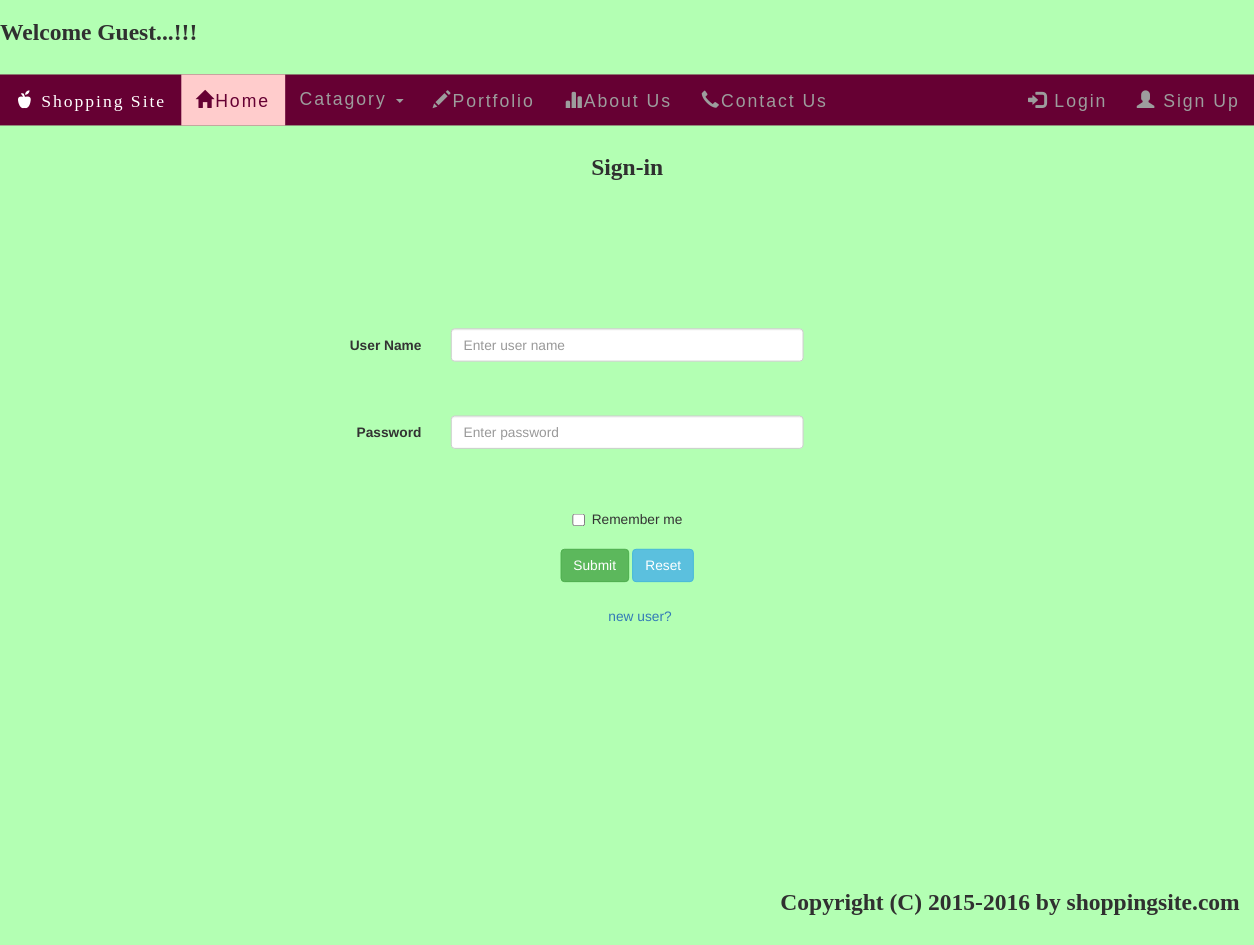
Repository: priyasuthakar/priya
Page: http://localhost/Apple/WEB-INF/views/login.jsp
The author's editor kept a copy of each file at every save. The page is drawn from the files as they stood at one save, then again after the next save.
The browser window is 1280 px wide. The pictures show the whole page, at 98% of full size.
The page is served by Tomcat 9. Nobody is signed in. The template is opened directly, without the code that normally fills it, so the values that code supplies are empty.

Above is the page before, as saved 2016-08-24 15:35:50.

After the next save:
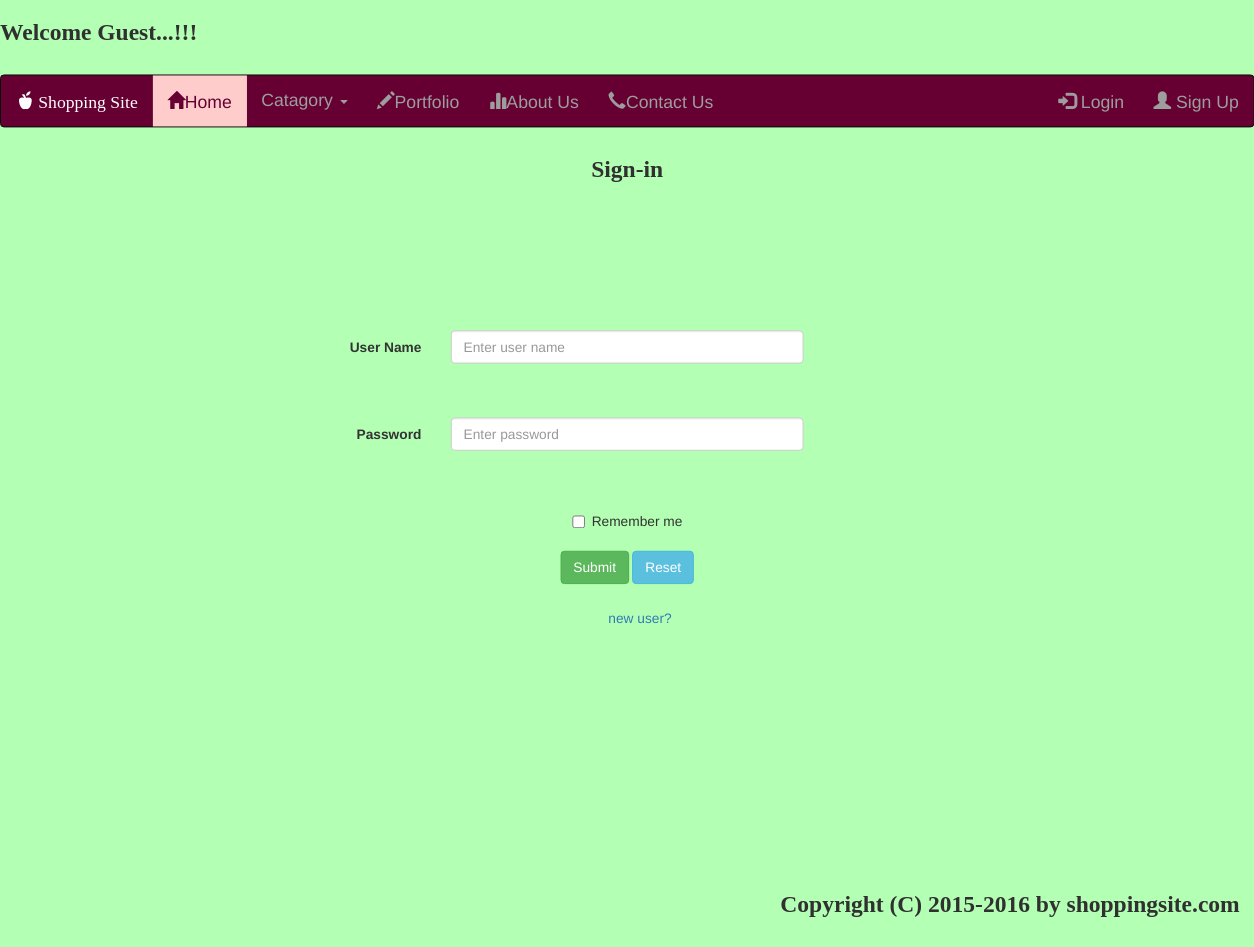
Saved 14 min 22 s later.
--- a/Apple/src/main/webapp/WEB-INF/views/login.jsp
+++ b/Apple/src/main/webapp/WEB-INF/views/login.jsp
@@ -33,15 +33,8 @@ h1 {
 }
 
 .navbar {
-	margin-bottom: 0;
-	background-color: #660033;
-	z-index: 9999;
-	border: 0;
+	background-color:#660033;
 	font-size: 18px !important;
-	line-height: 1.42857143 !important;
-	letter-spacing: 2px;
-	border-radius: 0;
-	font-family: Montserrat, sans-serif;
 }
 
 .navbar .navbar-brand {
